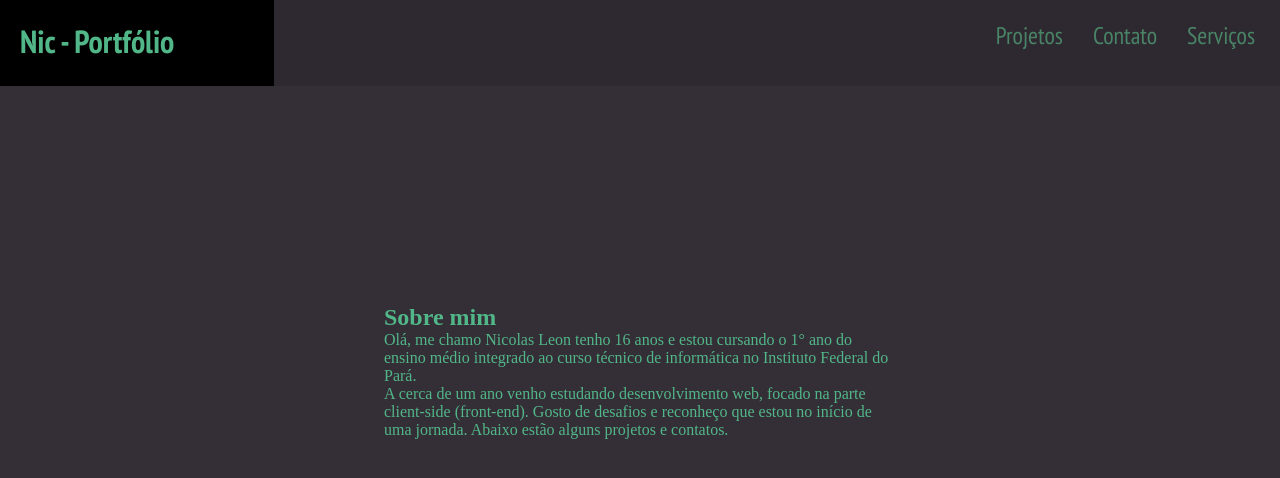
Repository: Leonngc/portfolio
Page: index.html
The author's editor kept a copy of each file at every save. The page is drawn from the files as they stood at one save, then again after a run of saves.
The browser window is 1280 px wide. The pictures show the whole page.

Above is the page before, as saved 2022-12-02 10:39:27.

After the next 2 saves:
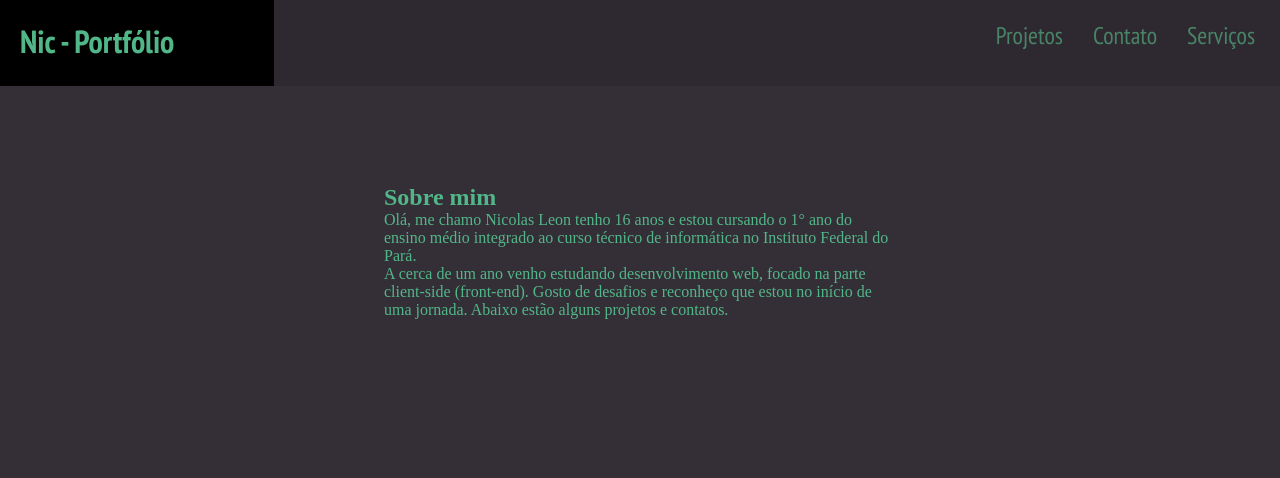
The 2 saves are shown as one change because they came seconds apart.
The last was saved 9 s later.
--- a/home.css
+++ b/home.css
@@ -62,5 +62,5 @@
 section{
     width: 40%;
     margin: 0px auto;
-    margin-top: 100px;
+    margin-top: 40px;
 }
